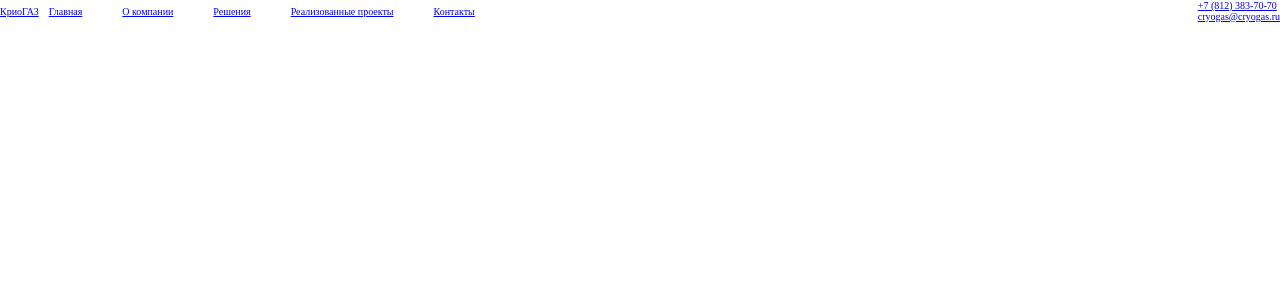
Repository: aSSasdy/assasdy.github.io
Page: index.html
An editor plug-in stored every save of this project. The page is shown before and after the next save, followed by the edit.
The browser window is 1280 px wide. The pictures show the whole page.
The style sheet was rebuilt from its Sass, Less or Tailwind sources for each picture, by a compiler version that may differ from the author's.

Above is the page before, as saved 2021-12-06 20:54:05.

### index.html
<!DOCTYPE html>
<html lang="en">
<head>
    <meta charset="UTF-8">
    <meta http-equiv="X-UA-Compatible" content="IE=edge">
    <meta name="viewport" content="width=device-width, initial-scale=1.0">
    <title>Document</title>
    <link rel="stylesheet" href="scss/style.css">
    <link rel="stylesheet" href="css/reset.css">
</head>
<body>
    <header>
        <div class="header-logo">
            <a href="/">КриоГАЗ</a>
        </div>
        <div class="header-menu">
            <ul>
                <li><a href="/">Главная</a></li>
                <li><a href="/">О компании</a></li>
                <li><a href="/">Решения</a></li>
                <li><a href="/">Реализованные проекты</a></li>
                <li><a href="/">Контакты</a></li>
            </ul>
        </div>
        <div class="header-contacts">
            <a href="tel:+78123837070">+7 (812) 383-70-70</a>
            <p><a href="mailto:cryogas@cryogas.ru">cryogas@cryogas.ru</a></p>
        </div>
    </header>
</body>
</html>

### css/reset.css
*, :before, :after{
	margin:0;
	padding:0;
	-webkit-box-sizing: border-box;
	-moz-box-sizing: border-box;
	box-sizing: border-box;
}
ol, ul {list-style: none;}
:focus {	outline: 0;}
::-webkit-input-placeholder{text-indent: 0px;   transition: text-indent 0.3s ease;font-family: inherit; color: #737B7D}
::-moz-placeholder{opacity: 1; transition: opacity 0.3s ease;font-family: inherit; color: #737B7D}
:-moz-placeholder{opacity: 1; transition: opacity 0.3s ease;font-family: inherit; color: #737B7D}
:-ms-input-placeholder{ text-indent: 0px;   transition: text-indent 0.3s ease;font-family: inherit; color: #737B7D}
:focus::-webkit-input-placeholder{ text-indent: -500px; transition: text-indent 0.3s ease;}
:focus::-moz-placeholder{opacity: 0; transition: opacity 0.3s ease;}
:focus:-moz-placeholder{opacity: 0; transition: opacity 0.3s ease;}
:focus:-ms-input-placeholder{ text-indent: -500px;   transition: text-indent 0.3s ease;}
table {
	border-collapse: collapse;
	border-spacing: 0;
}
label, input:not([type="checkbox"]),
input:not([type="radio"]) , button{
	-webkit-appearance:none;
	font-family: inherit;
}
label, input[type="submit"], button{cursor:pointer;}
img{border: none;}
html, body{
    height: 100%;
}
html{font-size: 62.5%;}
button:focus{outline: none!important}
input::-webkit-outer-spin-button,
input::-webkit-inner-spin-button {
    -webkit-appearance: none;
    margin: 0;
}
input:hover::-webkit-outer-spin-button,
input:hover::-webkit-inner-spin-button {
    display: none;
    -webkit-appearance: none;
    margin: 0;
}

### scss/style.scss
header {
    display: flex;
    flex-flow: row nowrap;
    justify-content: flex-start;
    align-items: center;
}

.header-menu {
    flex-grow: 1;
}
.header-menu ul {
    display: flex;
    flex-flow: row nowrap;
    margin: 0;
    padding: 0;
}
.header-menu li {
    margin-right: 20px;
}
.header-menu li:last-child {
    margin-right: 0;
}
.header-menu a {
    padding: 8px 10px;
}

After the next save:
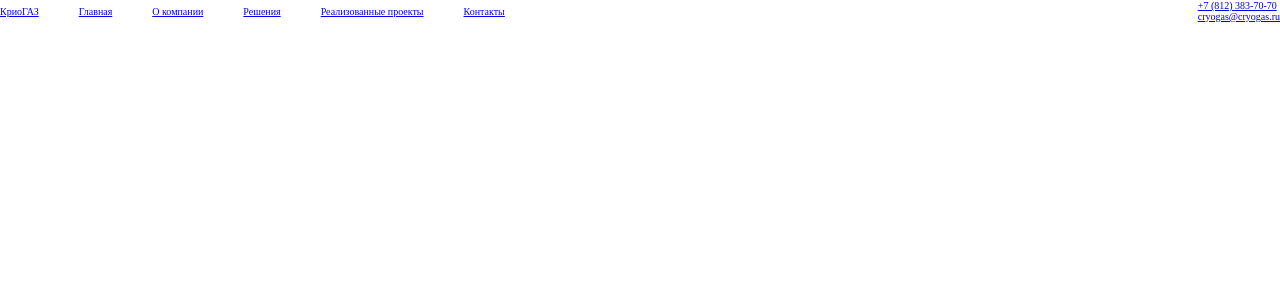
Saved 2 min 55 s later.
--- a/scss/style.scss
+++ b/scss/style.scss
@@ -23,3 +23,6 @@ header {
 .header-menu a {
     padding: 8px 10px;
 }
+.header-logo {
+    margin-right: 30px;
+}
